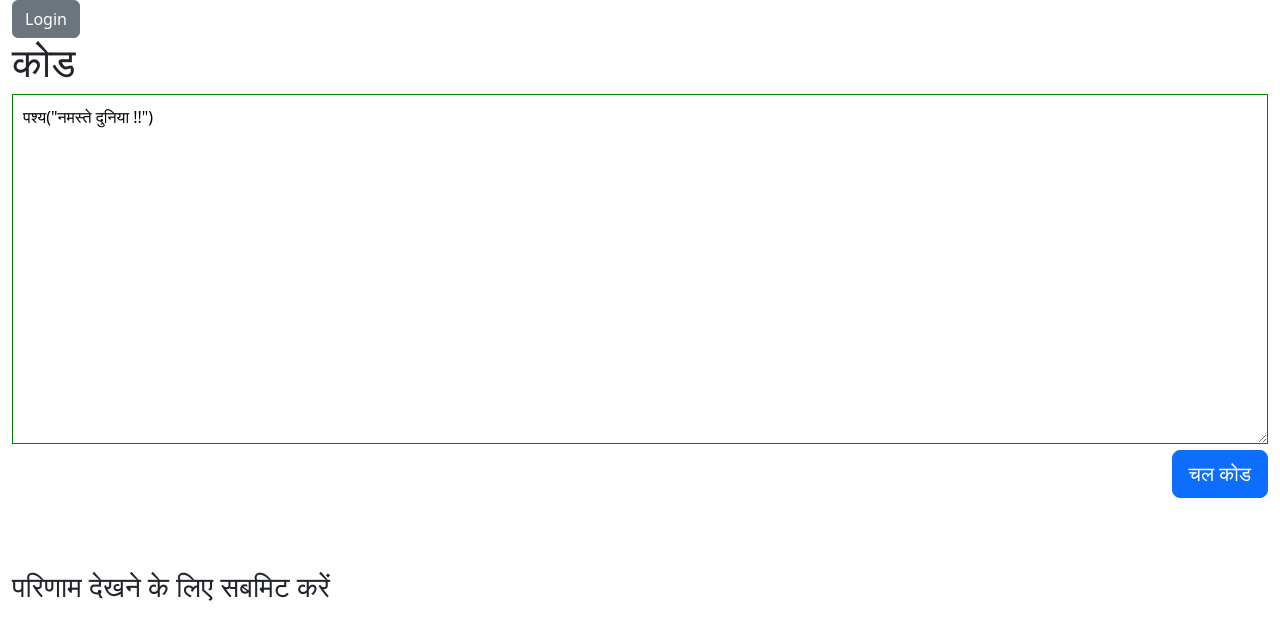
Repository: Vivek3072/webapp_shuniya_code.com
Page: /
An editor plug-in stored every save of this project. The page is shown before and after the next save, followed by the edit.
The browser window is 1280 px wide. The pictures show the whole page.
The project was rebuilt for these pictures with package versions that can differ from the ones it lists, and the page was loaded fresh each time. Also part of the build but not shown: src/components/Login.js, src/components/Singup.js. Imported but missing from the stored project, and not drawn on this page: src/axiosApi.

Above is the page before, as saved 2021-02-27 23:43:32.

### public/index.html
<!DOCTYPE html>
<html lang="en">
  <head>
    <meta charset="utf-8" />
    <link rel="icon" href="%PUBLIC_URL%/favicon.ico" />
    <meta name="viewport" content="width=device-width, initial-scale=1" />
    <meta name="theme-color" content="#000000" />
    <meta
      name="description"
      content="Web site created using create-react-app"
    />
    <link rel="apple-touch-icon" href="%PUBLIC_URL%/logo192.png" />
    <!-- CSS only -->
    <link href="https://cdn.jsdelivr.net/npm/bootstrap@5.0.0-beta2/dist/css/bootstrap.min.css" rel="stylesheet" integrity="sha384-BmbxuPwQa2lc/FVzBcNJ7UAyJxM6wuqIj61tLrc4wSX0szH/Ev+nYRRuWlolflfl" crossorigin="anonymous">
    <script src="https://cdn.jsdelivr.net/npm/bootstrap@5.0.0-beta2/dist/js/bootstrap.bundle.min.js" integrity="sha384-b5kHyXgcpbZJO/tY9Ul7kGkf1S0CWuKcCD38l8YkeH8z8QjE0GmW1gYU5S9FOnJ0" crossorigin="anonymous"></script>
    <!--
      manifest.json provides metadata used when your web app is installed on a
      user's mobile device or desktop. See https://developers.google.com/web/fundamentals/web-app-manifest/
    -->
    <link rel="manifest" href="%PUBLIC_URL%/manifest.json" />
    <!--
      Notice the use of %PUBLIC_URL% in the tags above.
      It will be replaced with the URL of the `public` folder during the build.
      Only files inside the `public` folder can be referenced from the HTML.

      Unlike "/favicon.ico" or "favicon.ico", "%PUBLIC_URL%/favicon.ico" will
      work correctly both with client-side routing and a non-root public URL.
      Learn how to configure a non-root public URL by running `npm run build`.
    -->
    <title>React App</title>
  </head>
  <body>
    <noscript>You need to enable JavaScript to run this app.</noscript>
    <div id="root"></div>
    <!--
      This HTML file is a template.
      If you open it directly in the browser, you will see an empty page.

      You can add webfonts, meta tags, or analytics to this file.
      The build step will place the bundled scripts into the <body> tag.

      To begin the development, run `npm start` or `yarn start`.
      To create a production bundle, use `npm run build` or `yarn build`.
    -->
  </body>
</html>

### src/index.js
import React from 'react';
import ReactDOM from 'react-dom';
import './index.css';
import '../node_modules/font-awesome/css/font-awesome.min.css';
import App from './App';
import reportWebVitals from './reportWebVitals';
import {BrowserRouter} from 'react-router-dom'
ReactDOM.render(
  <BrowserRouter>
    <App />
  </BrowserRouter>,
  document.getElementById('root')
);

// If you want to start measuring performance in your app, pass a function
// to log results (for example: reportWebVitals(console.log))
// or send to an analytics endpoint. Learn more: https://bit.ly/CRA-vitals
reportWebVitals();

### src/App.js

import React, { Component} from "react";
import { Switch, Route, Link ,withRouter} from "react-router-dom";
import Login from "./components/Login";
import Signup from "./components/Singup";
// import Hello from "./hello";

import axiosInstance from "./axiosApi";

import home from './home'
import 'bootstrap/dist/css/bootstrap.min.css';
import './App.css'
class App extends Component {
    constructor() {
        super();
        this.handleLogout = this.handleLogout.bind(this);
    }
    async handleLogout() {
        try {
            const response = await axiosInstance.post('/blacklist/', {
                "refresh_token": localStorage.getItem("refresh_token")
            });
            localStorage.removeItem('access_token');
            localStorage.removeItem('refresh_token');
            axiosInstance.defaults.headers['Authorization'] = null;
            this.props.history.push('/');
            return response;
        }
        catch (e) {
            console.log(e);
        }
    };


    render() {
        const token=localStorage.getItem('access_token');
        console.log(token)
        return (
            <div className="container-fluid ">
                <nav>
                {token ?
                <div className="userLogin">
                  <span> <i className="fa fa fa-user"></i>User </span>
                  <button onClick={this.handleLogout}>Logout</button>
                </div>
                :
                  null
                }
                </nav>
                    <Switch>
                        <Route exact path="/" component={home}  />
                        <Route exact path={"/login/"} component={Login}/>
                        <Route exact path={"/signup/"} component={Signup}/>
                    </Switch>

            </div>
        );
    }
}

export default withRouter(App);

### src/home/index.js
import React, { Component } from "react";
import axios from "axios";
import './Index.css'
export default class home extends Component {
  constructor(props) {
    super(props);
    this.state = {
      texteditor: "",
      showtext: "",
      isSubmited: false,
      isloaded: false,
    };
  }
  submitHandler = () => {
    this.setState({
      isloaded: false,
      isSubmited: true,
    });
    var getText = document.getElementById("texteditor").value;
    console.log(getText);
    var code_text_b64 = btoa(unescape(encodeURIComponent(getText)));
    const postBody = {
      code_file_name: "a.py",
      code_input: "1",
      code_text_b64: code_text_b64,
      input_flag: "ABSENT",
    };
    var postContent = JSON.stringify(postBody);
    const headers = {
      "Content-Type": "application/json",
    };
    const res = axios
      .post(
        "http://ec2-13-232-16-70.ap-south-1.compute.amazonaws.com:8000/api/v1/web_ide/",
        postContent,
        headers
      )
      .then((res) => {
        this.setState({
          showtext: res.data,
          isloaded: true,
        });
      });
  };
  login=()=>{
    this.props.history.push('/login')
}
  render() {
    const token=localStorage.getItem('access_token');
    return (
      <div className="row">
        <br></br>
        <br></br>

            <div className="col-sm-12 col-md-12 col-lg-12">
            <button type="button" className="btn btn-secondary userLogin" onClick={this.login}>Login</button>
              <h1>कोड</h1>
              <textarea id="texteditor" className="editorArea">
                पश्य("नमस्ते दुनिया !!")
              </textarea>
              <div
                className="menu-bar"
                style={{ position: "relative", textAlign: "end" }}
              >
                <button
                  className="btn btn-lg btn-primary submit-btn"
                  onClick={this.submitHandler}
                >
                  चल कोड
                </button>
              </div>
            </div>
            <div className="col-sm-12 col-md-12 col-lg-12">
              <div className="menu-bar"></div>
              <br></br>
              <br></br>
              <br></br>
              {this.state.isSubmited ? (
                <div>
                  <h1>परिणाम</h1>
                  {this.state.isloaded ? (
                    <textarea className="sub" value={this.state.showtext}>
                      {" "}
                    </textarea>
                  ) : (
                    <div>
                      <h6>प्रोसेसिंग....................</h6>
                      <div className="loader"></div>
                    </div>
                  )}
                </div>
              ) : (
                <h3>परिणाम देखने के लिए सबमिट करें</h3>
              )}
            </div>
          </div>
    );
  }
}

### src/App.css

.editor_area{
  height: 500px;
}
.codeArea{
  margin: auto;
  width: 50%;
  border: 3px solid green;
  padding: 10px;

}
.userLogin{
  text-align: right;
}
textarea{
  position: relative;
  width: 100%;
  height: 200px;
  padding: 20px;
}

.loader {
  position: relative;
  margin-top: 100px;
  left: 50%;
  transform: translate(-50%,-50%);
  width: 100px;
  height: 100px;
  border: 20px solid;
  border-top-color:  rgb(11, 39, 133);
  border-bottom-color: rgb(90, 204, 90);
  border-right-color: rgb(73, 52, 167);
  border-left-color: rgb(212, 28, 28);
  border-radius: 50%;
  animation: spin 2s infinite linear;
}
@keyframes spin {
  from {
      transform: translate(-50%,-50%) rotate(0deg);
  }
  to {
      transform: translate(-50%,-50%) rotate(360deg);
  }
}

li{
  padding: 20px;
}
a{
  color: aliceblue;
  text-decoration: none;
}
a:hover{
  color: rgb(0, 255, 0);
}

### src/home/Index.css
.editorArea{
    margin: auto;
    width: 100%;
    border: 1px solid green;
    padding: 10px;
    height: 350px;
}

Loaded but not shown: src/index.css (common file); src/reportWebVitals.js (common file)

After the next save:
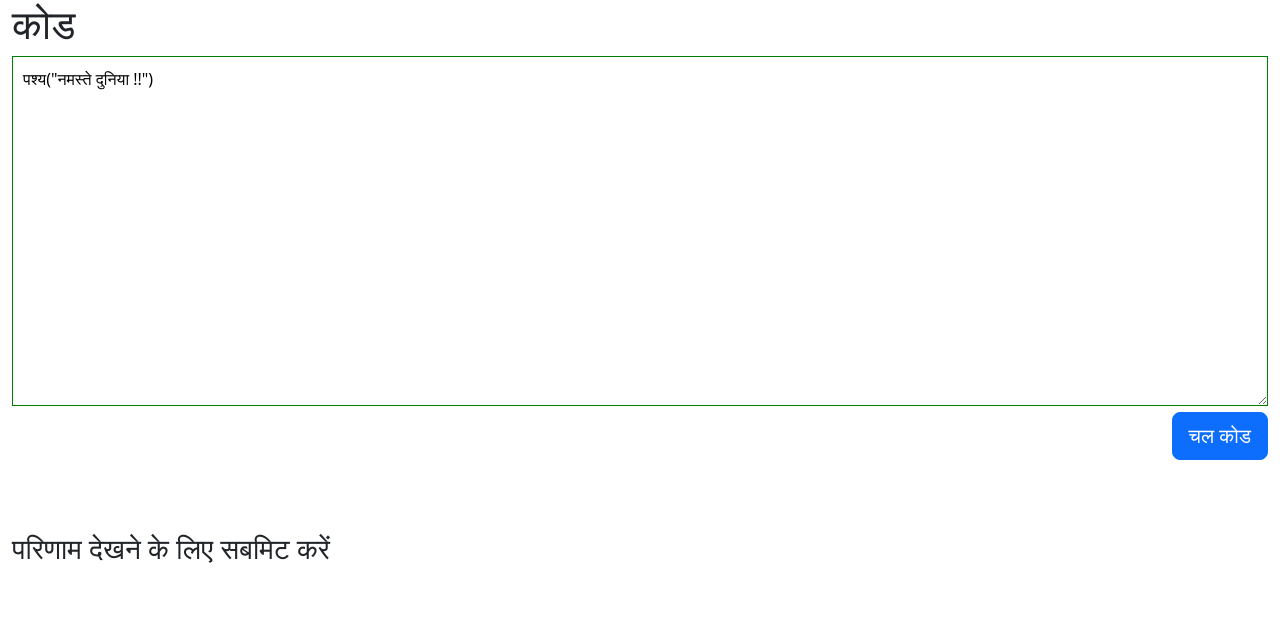
Saved 19 s later.
--- a/src/home/index.js
+++ b/src/home/index.js
@@ -53,7 +53,7 @@
         <br></br>
 
             <div className="col-sm-12 col-md-12 col-lg-12">
-            <button type="button" className="btn btn-secondary userLogin" onClick={this.login}>Login</button>
+          {token?  <button type="button" className="btn btn-secondary userLogin" onClick={this.login}>Login</button> :null}
               <h1>कोड</h1>
               <textarea id="texteditor" className="editorArea">
                 पश्य("नमस्ते दुनिया !!")

After the save that followed:
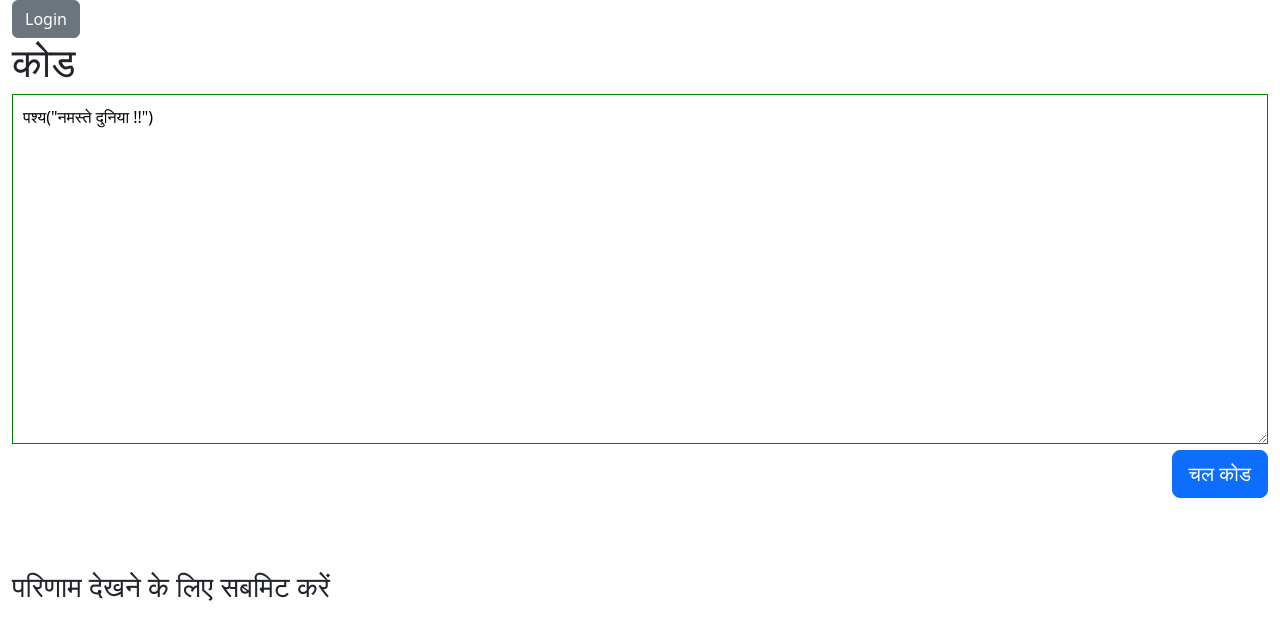
Saved 16 s later.
--- a/src/home/index.js
+++ b/src/home/index.js
@@ -53,7 +53,7 @@
         <br></br>
 
             <div className="col-sm-12 col-md-12 col-lg-12">
-          {token?  <button type="button" className="btn btn-secondary userLogin" onClick={this.login}>Login</button> :null}
+          {token? null : <button type="button" className="btn btn-secondary userLogin" onClick={this.login}>Login</button>}
               <h1>कोड</h1>
               <textarea id="texteditor" className="editorArea">
                 पश्य("नमस्ते दुनिया !!")
